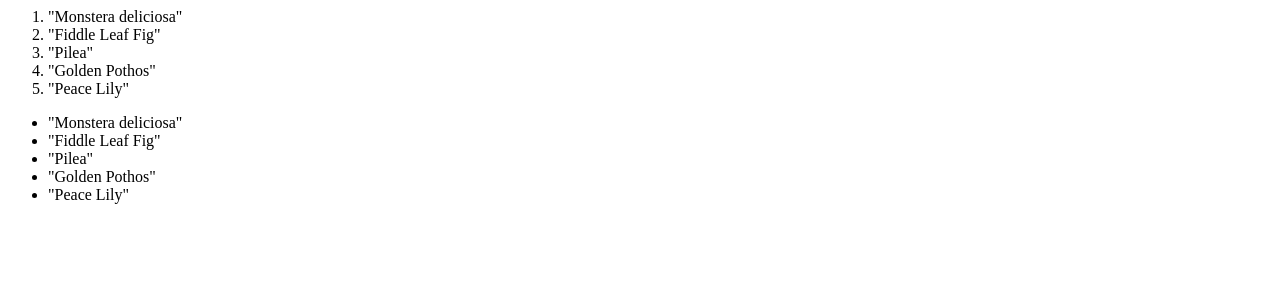
Repository: travinne/travthegr88
Page: development/code/phase-0/phase-0-html-experiencing-html-lab/my_list.html
The author's editor kept a copy of each file at every save. The page is drawn from the files as they stood at one save, then again after the next save.
The browser window is 1280 px wide. The pictures show the whole page.

Above is the page before, as saved 2025-02-28 23:54:21.

After the next save:
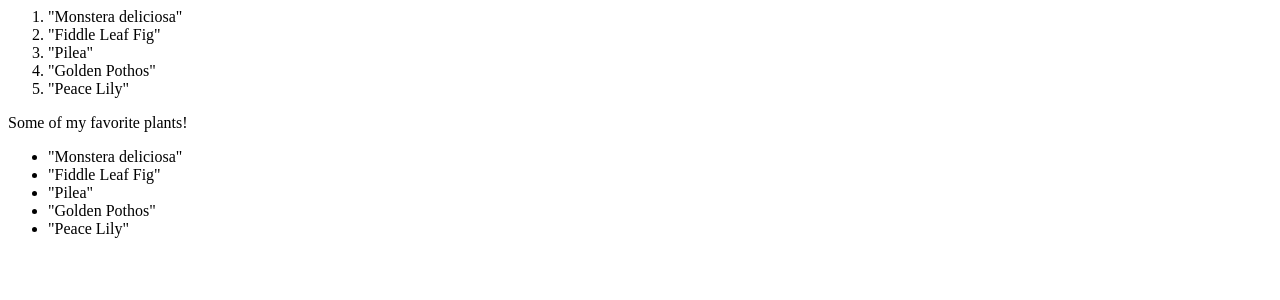
Saved 14 s later.
--- a/development/code/phase-0/phase-0-html-experiencing-html-lab/my_list.html
+++ b/development/code/phase-0/phase-0-html-experiencing-html-lab/my_list.html
@@ -7,7 +7,7 @@
 </ol>
 
 
-<p></p>
+<p>Some of my favorite plants!</p>
 <ul>
 <li>"Monstera deliciosa"</li>
 <li>"Fiddle Leaf Fig"</li>
